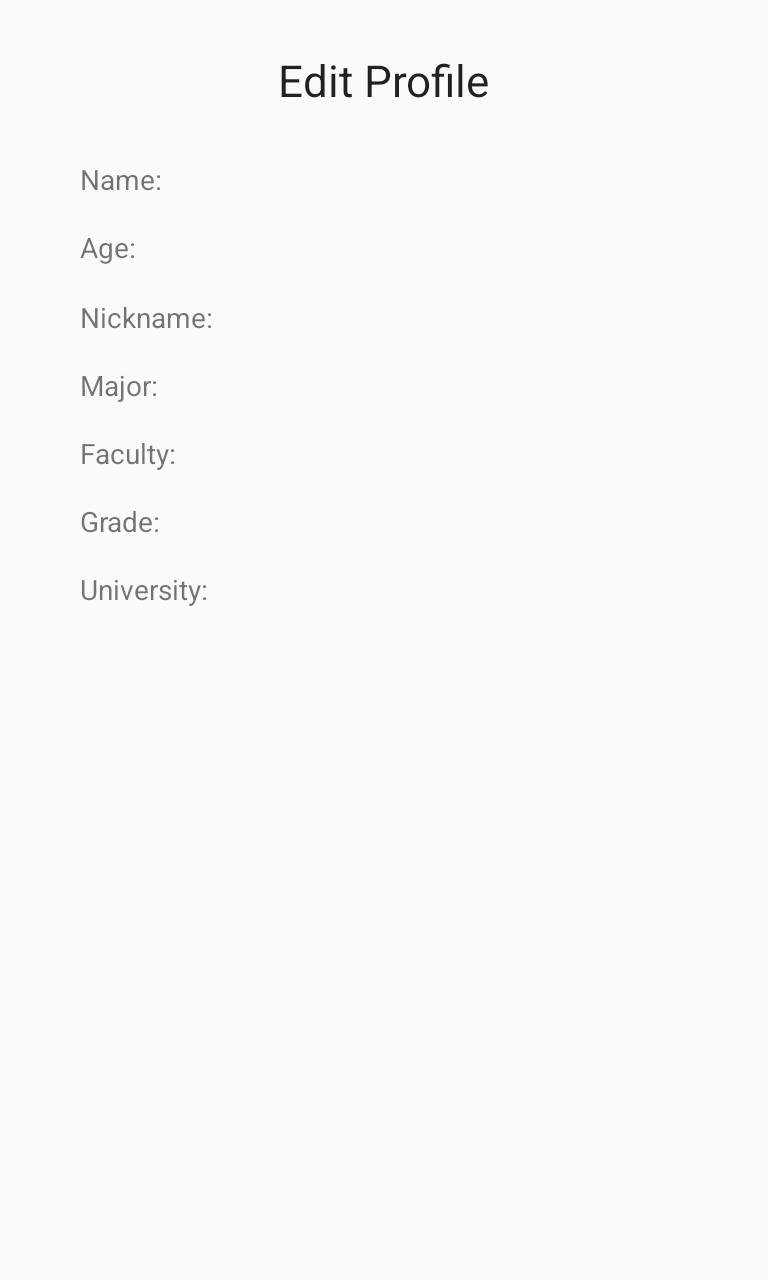
Repository: Android55410599/PROFILE
Layout: Resume_55410559/res/layout/resume.xml
The author's editor kept a copy of each file at every save. The layout is drawn from the files as they stood at one save, then again after the next save.
It is drawn on a 768 x 1280 px phone screen (xhdpi) without system bars, with theme AppTheme; the app's code is not run.

Above is the layout before, as saved 2014-09-06 02:20:30.

After the next save:
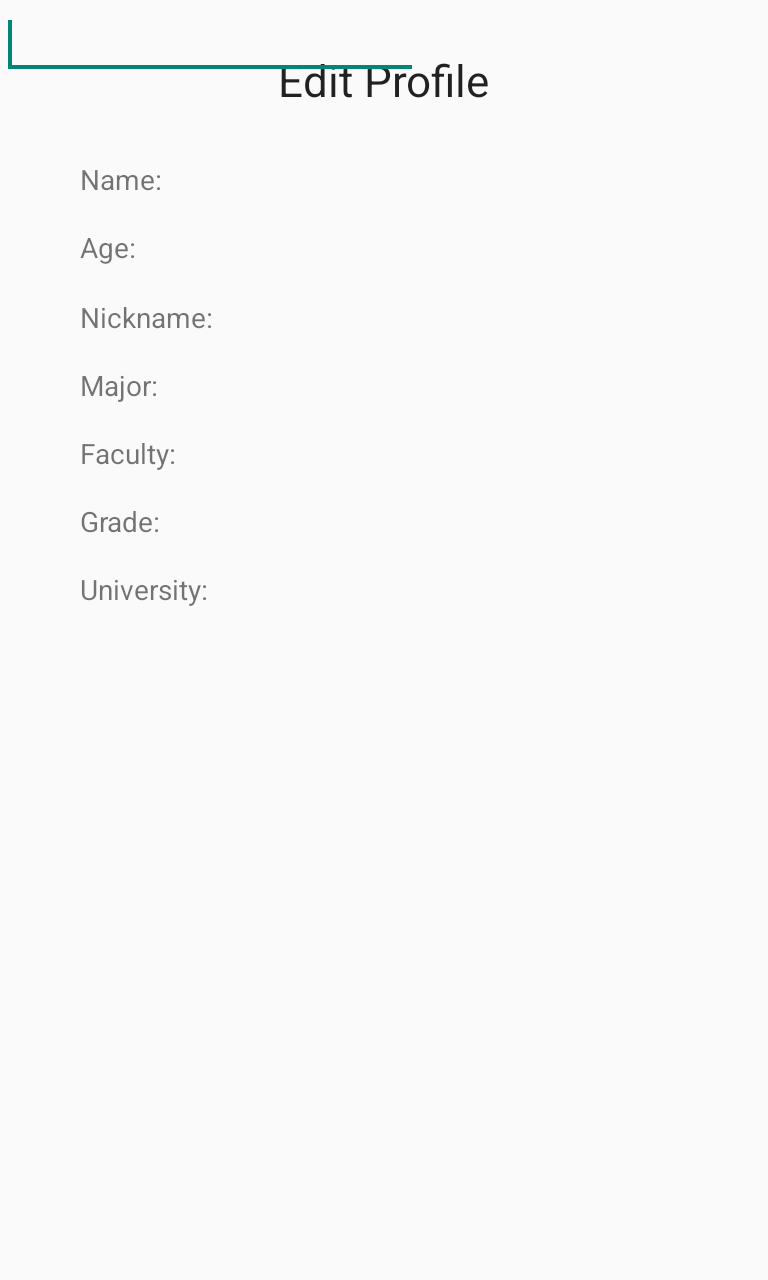
Saved 4 min 5 s later.
--- a/Resume_55410559/res/layout/resume.xml
+++ b/Resume_55410559/res/layout/resume.xml
@@ -81,7 +81,14 @@
 	    android:textAppearance="?android:attr/textAppearanceLarge" />
 
 	<EditText
-
-	    />
+	    android:id="@+id/editText1"
+	    android:layout_width="wrap_content"
+	    android:layout_height="wrap_content"
+	    android:layout_alignParentLeft="true"
+	    android:layout_alignParentTop="true"
+	    android:layout_marginRight="17dp"
+	    android:ems="10">
+	    <requestFocus />
+	</EditText>
 
 </RelativeLayout>
